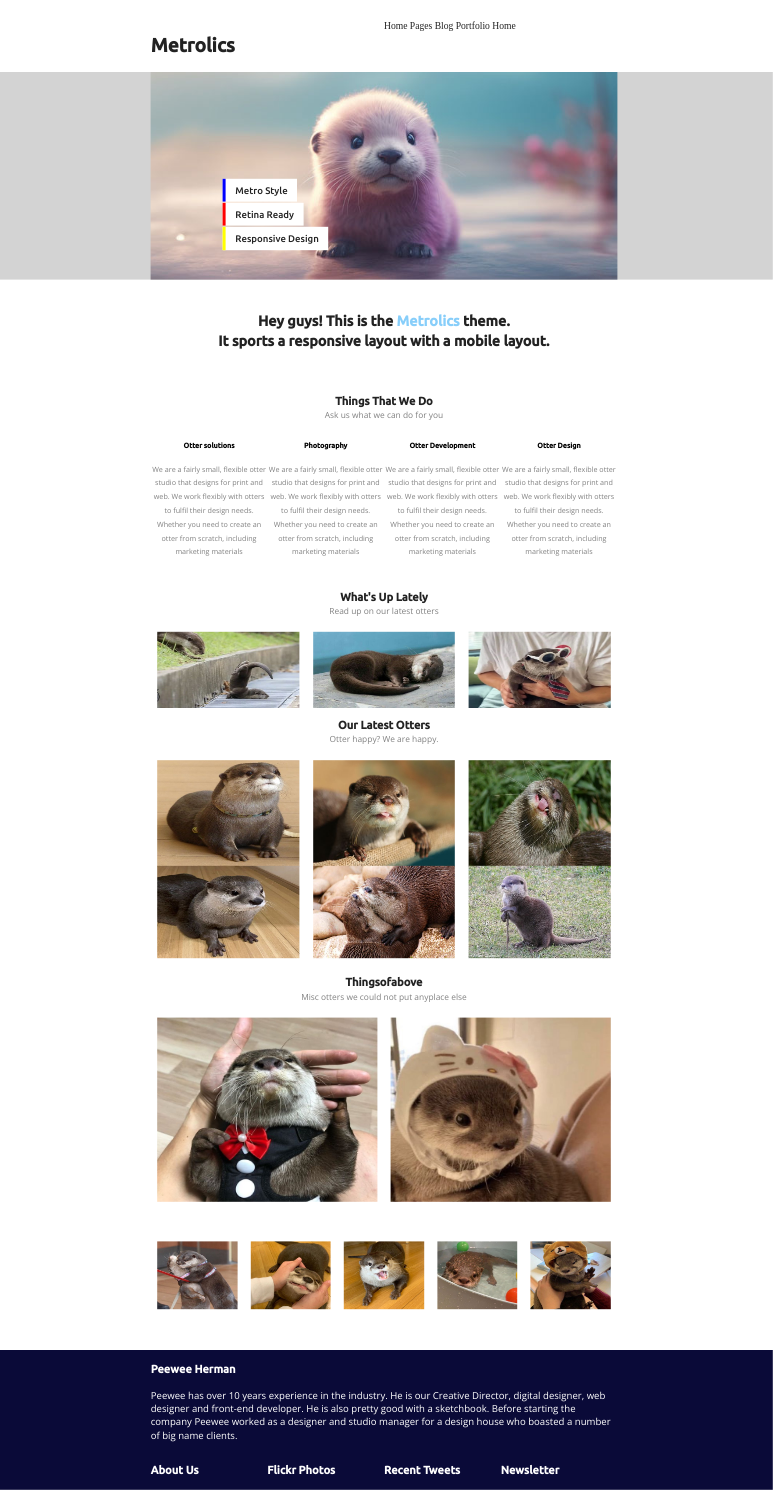
Repository: kennyharman/Marlowe_Kenny_Lab_02B
Page: index.html
These files come from the project's save history. The page is drawn as it stood at one moment and after the next save; the edit follows.
The browser window is 1280 px wide. The page is 1296 px wide, so the pictures cover 1296 px, including what lies to the right of the window. The pictures show the whole page, at 60% of full size.

Above is the page before, as saved 2024-02-08 18:32:34.

After the next save:
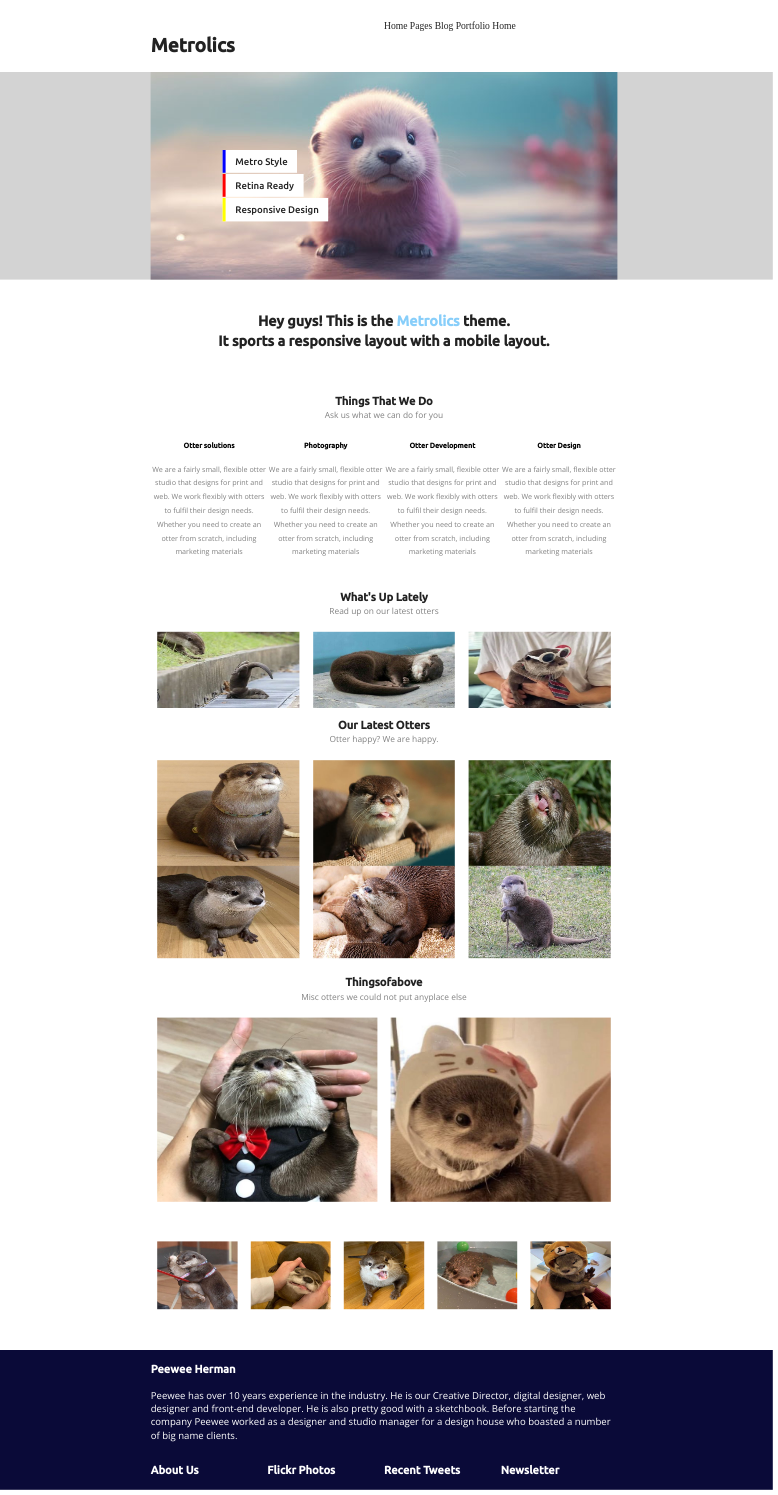
Saved 21 s later.
--- a/css/style.css
+++ b/css/style.css
@@ -310,7 +310,7 @@ p {
 
 .listed-items {
   position: absolute;
-  top: 10rem;
+  top: 7rem;
   left: 5rem;
   list-style-type: none;
 }
